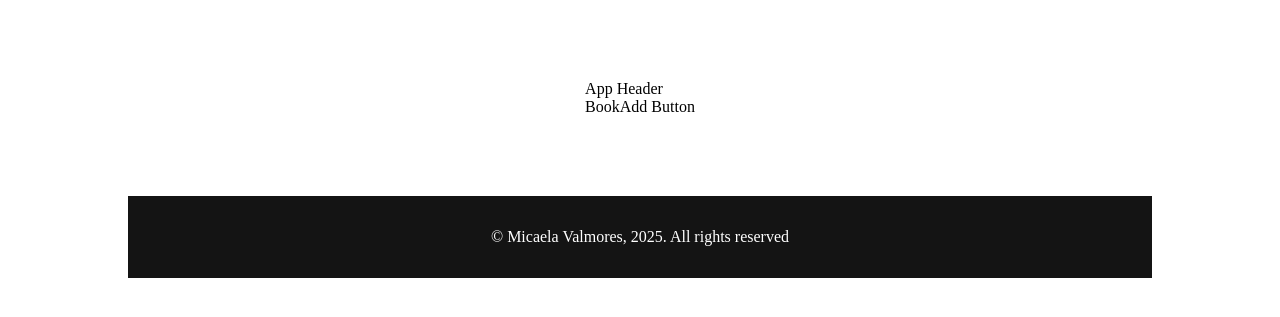
Repository: Micaelavalmores/COMP3170-Data-Fetching
Page: /
An editor plug-in stored every save of this project. The page is shown before and after the next save, followed by the edit.
The browser window is 1280 px wide. The pictures show the whole page.
The project was rebuilt for these pictures with package versions that can differ from the ones it lists, and the page was loaded fresh each time. Also part of the build but not shown: vite.config.js.

Above is the page before, as saved 2025-09-22 17:56:01.

After the next save:
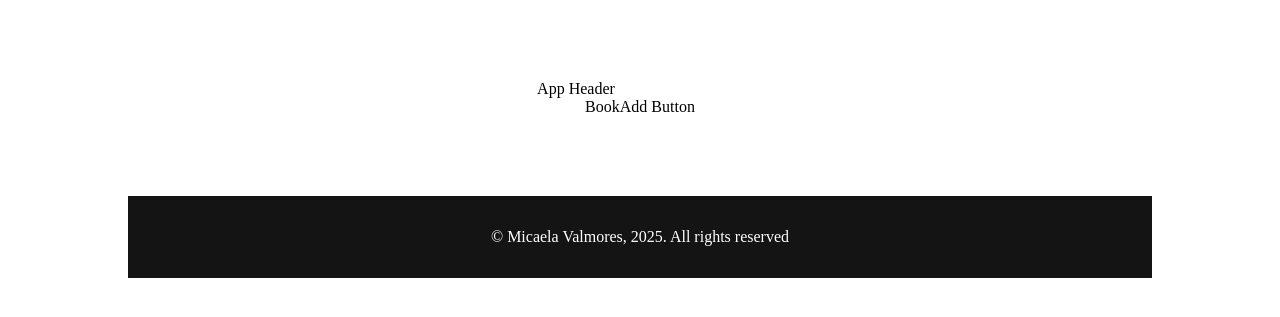
Saved 7 s later.
--- a/src/index.css
+++ b/src/index.css
@@ -28,7 +28,7 @@ body {
   }
 
   .mainContent {
-    padding:
+    padding: 0 3em;
   }
 
 }
